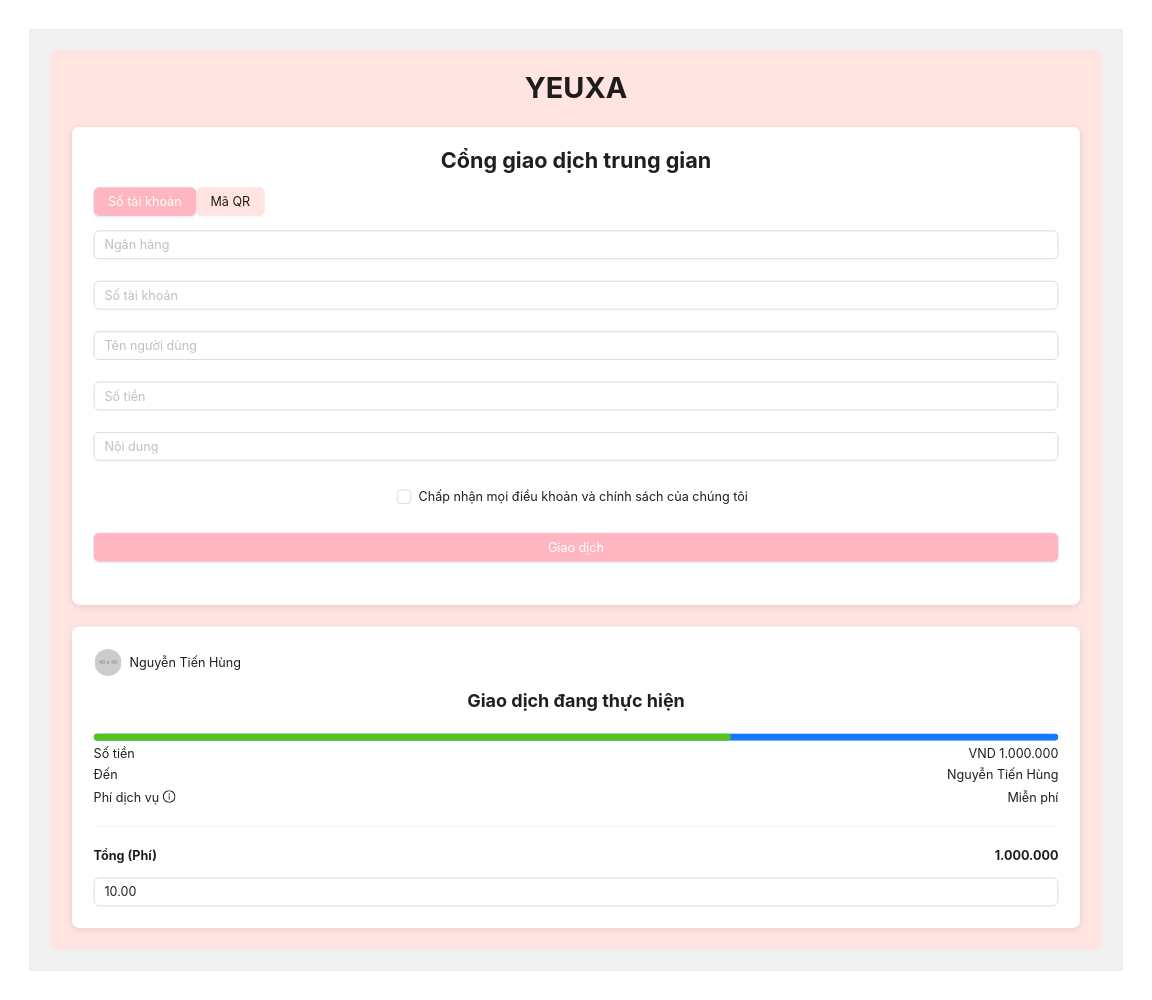
Repository: kieuduc123/YEUXA
Page: /
The author's editor kept a copy of each file at every save. The page is drawn from the files as they stood at one save, then again after the next save.
The browser window is 1280 px wide. The pictures show the whole page, at 90% of full size.
The project was rebuilt for these pictures with package versions that can differ from the ones it lists, and the page was loaded fresh each time. Also part of the build but not shown: vite.config.ts.

Above is the page before, as saved 2025-03-26 08:51:57.

### index.html
<!doctype html>
<html lang="en">

<head>
  <meta charset="UTF-8" />
  <link rel="icon" type="image/svg+xml" href="/vite.svg" />
  <meta name="viewport" content="width=device-width, initial-scale=1.0" />
  <title>YeuXa</title>
</head>

<body>
  <div id="root"></div>
  <script type="module" src="/src/main.tsx"></script>
</body>

</html>

### src/main.tsx
import { StrictMode } from 'react'
import { createRoot } from 'react-dom/client'
import App from './App.tsx'
import "@/styles/main.scss"

createRoot(document.getElementById('root')!).render(
  <StrictMode>
    <App />
  </StrictMode>,
)

### src/App.tsx
import React from 'react';
import { Layout, Form, Input, Button, Checkbox, Divider, Progress, Avatar } from 'antd';
import { InfoCircleOutlined } from '@ant-design/icons';
import "antd/dist/reset.css";
import "@/styles/main.scss"

const {Content } = Layout;

const App = () => {
  return (
    <Layout className="layout">
      <Content className="content">
        <div className="container">
          <h1 className="title">YEUXA</h1>
          <div className="form-container">
            <div className="form-section">
              <h2 className="form-title">Cổng giao dịch trung gian</h2>
              <div className="button-group">
                <Button type="primary" className="account-button">Số tài khoản</Button>
                <Button className="qr-button">Mã QR</Button>
              </div>
              <Form layout="vertical">
                <Form.Item>
                  <Input placeholder="Ngân hàng" />
                </Form.Item>
                <Form.Item>
                  <Input placeholder="Số tài khoản" />
                </Form.Item>
                <Form.Item>
                  <Input placeholder="Tên người dùng" />
                </Form.Item>
                <Form.Item>
                  <Input placeholder="Số tiền" />
                </Form.Item>
                <Form.Item>
                  <Input placeholder="Nội dung" />
                </Form.Item>
                <Form.Item>
                  <Checkbox>Chấp nhận mọi điều khoản và chính sách của chúng tôi</Checkbox>
                </Form.Item>
                <Form.Item>
                  <Button type="primary" className="submit-button">Giao dịch</Button>
                </Form.Item>
              </Form>
            </div>
            <div className="transaction-section">
              <div className="transaction-header">
                <Avatar src="https://placehold.co/40x40" />
                <span>Nguyễn Tiến Hùng</span>
              </div>
              <h3 className="transaction-title">Giao dịch đang thực hiện</h3>
              <Progress percent={100} success={{ percent: 66 }} showInfo={false} />
              <div className="transaction-info">
                <div className="info-row">
                  <span>Số tiền</span>
                  <span>VND 1.000.000</span>
                </div>
                <div className="info-row">
                  <span>Đến</span>
                  <span>Nguyễn Tiến Hùng</span>
                </div>
                <div className="info-row">
                  <span>Phí dịch vụ <InfoCircleOutlined /></span>
                  <span>Miễn phí</span>
                </div>
              </div>
              <Divider />
              <div className="total-row">
                <span className="total-label">Tổng (Phí)</span>
                <span className="total-amount">1.000.000</span>
              </div>
              <Input value="10.00" />
            </div>
          </div>
        </div>
      </Content>
    </Layout>
  );
};

export default App;

### src/styles/main.scss
#root {
    max-width: 1280px;
    margin: 0 auto;
    padding: 2rem;
    text-align: center;
}
body {
  font-family: 'Roboto', sans-serif;
}

.layout {
  min-height: 100vh;
}

.header {
  background: #f0f0f0;
  padding: 0 24px;
}

.logo {
  color: #888;
  font-size: 14px;
}

.content {
  display: flex;
  justify-content: center;
  align-items: center;
  background: #f0f0f0;
  padding: 24px;
}

.container {
  background: #ffe4e1;
  padding: 24px;
  border-radius: 8px;
  max-width: 1200px;
  width: 100%;
}

.title {
  text-align: center;
  font-size: 32px;
  font-weight: bold;
  margin-bottom: 24px;
}

.form-container {
  display: flex;
  flex-direction: column;
  gap: 24px;
}

.form-section, .transaction-section {
  background: #fff;
  padding: 24px;
  border-radius: 8px;
  box-shadow: 0 2px 8px rgba(0, 0, 0, 0.1);
}

.form-title {
  font-size: 24px;
  font-weight: bold;
  margin-bottom: 16px;
}

.button-group {
  display: flex;
  margin-bottom: 16px;
}

.account-button {
  background: #ffb6c1;
  border-color: #ffb6c1;
}

.qr-button {
  background: #ffe4e1;
  border-color: #ffe4e1;
}

.submit-button {
  background: #ffb6c1;
  border-color: #ffb6c1;
  width: 100%;
}

.transaction-header {
  display: flex;
  align-items: center;
  gap: 8px;
  margin-bottom: 16px;
}

.transaction-title {
  font-size: 20px;
  font-weight: bold;
  margin-bottom: 16px;
}

.transaction-info {
  margin-bottom: 16px;
}

.info-row {
  display: flex;
  justify-content: space-between;
  margin-bottom: 8px;
}

.total-row {
  display: flex;
  justify-content: space-between;
  font-weight: bold;
  margin-bottom: 16px;
}

After the next save:
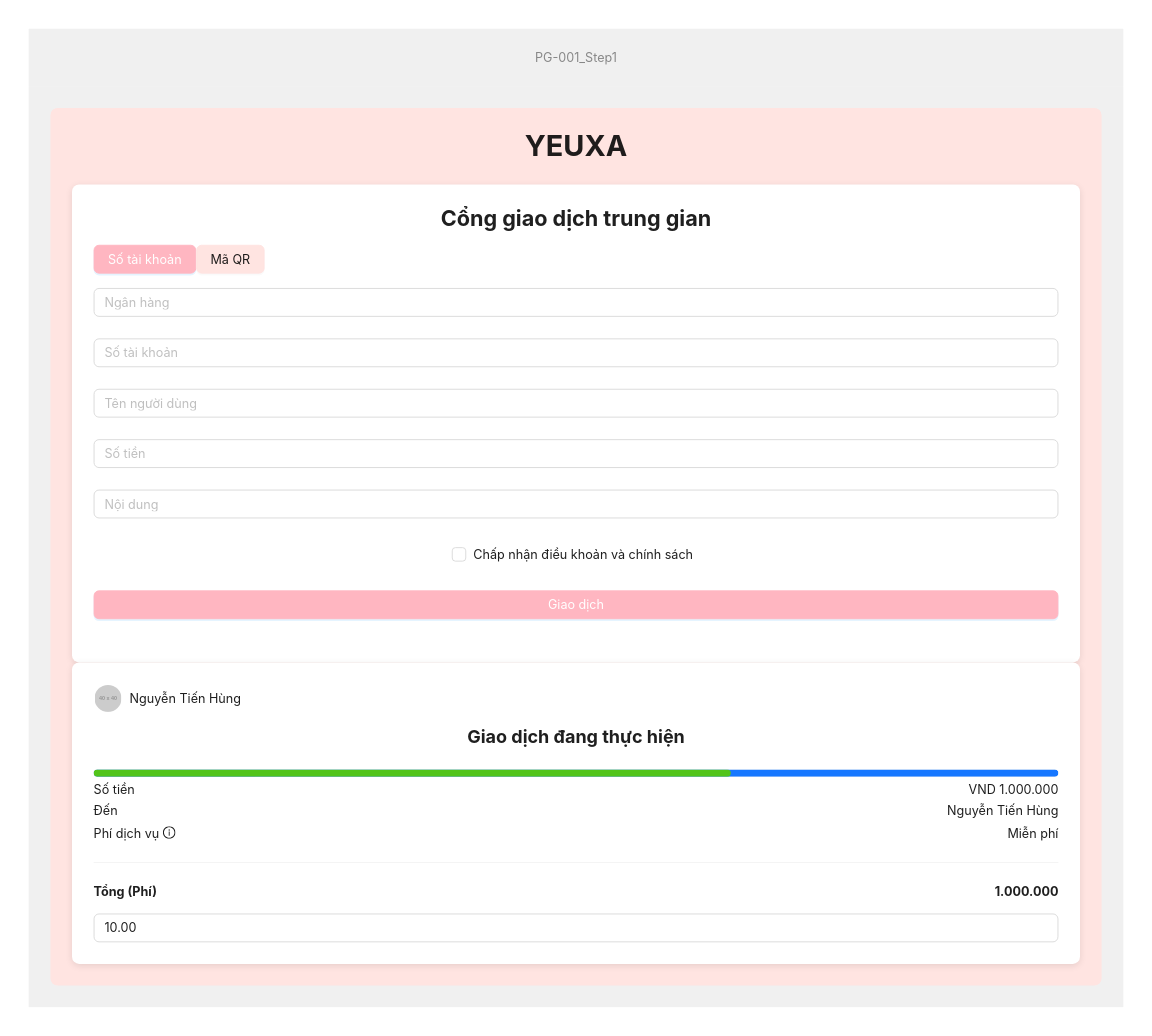
Saved 80 s later.
--- a/src/App.tsx
+++ b/src/App.tsx
@@ -1,22 +1,33 @@
-import React from 'react';
-import { Layout, Form, Input, Button, Checkbox, Divider, Progress, Avatar } from 'antd';
-import { InfoCircleOutlined } from '@ant-design/icons';
+import React from "react";
+import { Layout, Form, Input, Button, Checkbox, Divider, Progress, Avatar } from "antd";
+import { InfoCircleOutlined } from "@ant-design/icons";
 import "antd/dist/reset.css";
-import "@/styles/main.scss"
+import "@/styles/main.scss";
 
-const {Content } = Layout;
+const { Header, Content } = Layout;
 
 const App = () => {
   return (
     <Layout className="layout">
+      {/* Header */}
+      <Header className="header">
+        <div className="logo">PG-001_Step1</div>
+      </Header>
+
+      {/* Content */}
       <Content className="content">
         <div className="container">
           <h1 className="title">YEUXA</h1>
-          <div className="form-container">
+
+          {/* Giao diện giao dịch */}
+          <div className="transaction-container">
+            {/* Form nhập thông tin giao dịch */}
             <div className="form-section">
               <h2 className="form-title">Cổng giao dịch trung gian</h2>
               <div className="button-group">
-                <Button type="primary" className="account-button">Số tài khoản</Button>
+                <Button type="primary" className="account-button">
+                  Số tài khoản
+                </Button>
                 <Button className="qr-button">Mã QR</Button>
               </div>
               <Form layout="vertical">
@@ -36,13 +47,17 @@ const App = () => {
                   <Input placeholder="Nội dung" />
                 </Form.Item>
                 <Form.Item>
-                  <Checkbox>Chấp nhận mọi điều khoản và chính sách của chúng tôi</Checkbox>
+                  <Checkbox>Chấp nhận điều khoản và chính sách</Checkbox>
                 </Form.Item>
                 <Form.Item>
-                  <Button type="primary" className="submit-button">Giao dịch</Button>
+                  <Button type="primary" block className="submit-button">
+                    Giao dịch
+                  </Button>
                 </Form.Item>
               </Form>
             </div>
+
+            {/* Hiển thị thông tin giao dịch */}
             <div className="transaction-section">
               <div className="transaction-header">
                 <Avatar src="https://placehold.co/40x40" />
@@ -50,6 +65,8 @@ const App = () => {
               </div>
               <h3 className="transaction-title">Giao dịch đang thực hiện</h3>
               <Progress percent={100} success={{ percent: 66 }} showInfo={false} />
+
+              {/* Chi tiết giao dịch */}
               <div className="transaction-info">
                 <div className="info-row">
                   <span>Số tiền</span>
@@ -60,16 +77,23 @@ const App = () => {
                   <span>Nguyễn Tiến Hùng</span>
                 </div>
                 <div className="info-row">
-                  <span>Phí dịch vụ <InfoCircleOutlined /></span>
+                  <span>
+                    Phí dịch vụ <InfoCircleOutlined />
+                  </span>
                   <span>Miễn phí</span>
                 </div>
               </div>
+
               <Divider />
+
+              {/* Tổng tiền */}
               <div className="total-row">
                 <span className="total-label">Tổng (Phí)</span>
                 <span className="total-amount">1.000.000</span>
               </div>
-              <Input value="10.00" />
+
+              {/* Input giá trị giao dịch */}
+              <Input value="10.00" className="amount-input" />
             </div>
           </div>
         </div>
